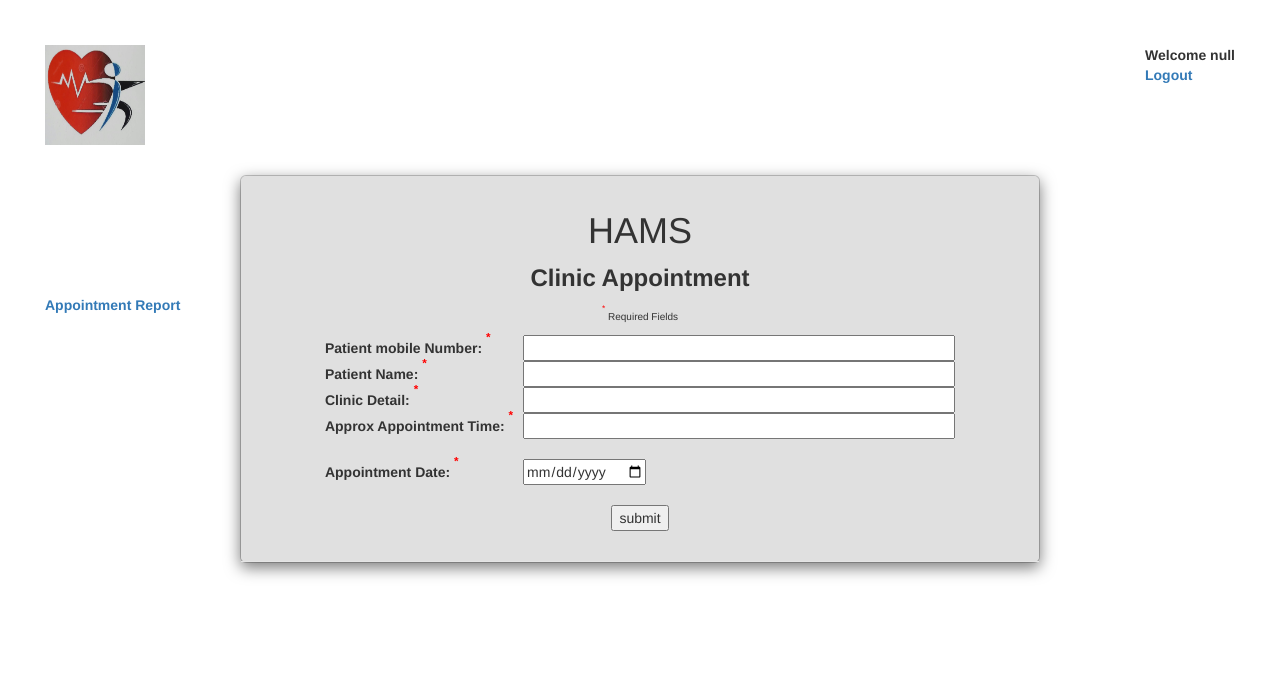
Repository: shiveshk/PullData
Page: http://localhost/Hams/edit.jsp
These files come from the project's save history. The page is drawn as it stood at one moment and after the next save; the edit follows.
The browser window is 1280 px wide. The pictures show the whole page.
The page is served by Tomcat 9. Other server files are loaded and not shown.

Above is the page before, as saved 2015-12-02 08:59:36.
Console error (its wording comes from the project's code and is left out).

### Hams/WebContent/edit.jsp
<?xml version="1.0" encoding="ISO-8859-1" ?>

<%@ page language="java" contentType="text/html; charset=ISO-8859-1" pageEncoding="ISO-8859-1"%>
<!DOCTYPE html>
<html xmlns="http://www.w3.org/1999/xhtml">
<head>
  <link rel="stylesheet" href="http://maxcdn.bootstrapcdn.com/bootstrap/3.3.5/css/bootstrap.min.css">
  <script src="http://maxcdn.bootstrapcdn.com/bootstrap/3.3.5/js/bootstrap.min.js"></script>
  <script src="validation.js"></script>

<link rel="stylesheet" type="text/css" href="hams.css">
<meta http-equiv="Content-Type" content="text/html; charset=ISO-8859-1" />
<title>hams</title>
<script>
  function redirect(elem){
	     elem.setAttribute("action","generateReport.jsp");
	     elem.submit();
	}
</script>


</head>



<body bgcolor='#E6E6FA'>
<div style=" margin-top: 45px; margin-right:45px"><b>
      <span style="float:right">
      	<%
			String username = (String)request.getSession().getAttribute("name");
			out.println("Welcome "+username);
		%><br />
		<a href="LogoutServlet">Logout</a>
      </span>
</b></div>
<img src = "images/HAMSLogo.jpg" alt="hamslogo" id="img1" style=" margin-left: 45px; "/>

<div style="margin-left: 45px; margin-top: 150px; position: absolute;  "><b>
	 <a href="generateReport.jsp" onsubmit=" redirect(this);">Appointment Report</a></b>
</div>

<div class="container" >

<center>
<div id="login-overlay" class="modal-dialog" style="width:800px;">
     <div class="modal-content" >
          <div class="modal-header" >

<h1>HAMS</h1>
	<p><b><font size=5>Clinic Appointment</font></b></p>
	<p><font size=1><sup>*</sup> Required Fields</font></p>

<form name="myForm" action="AppointmentServlet" method="post" onsubmit="return validate()">
	<div class="form-group">
<table >

	<tr class="row1">
	 	 <td><b>Patient mobile Number: <sup>*</sup></b> </td>
	 	 <td><input type="text" id="patient_mobile_number" name="patient_mobile_number" value="${sessionScope.patient_mobile_number}" size=50 maxlength=20 /></td>
	</tr>

	<tr class="row2">
		<td><b>Patient Name: <sup>*</sup></b></td>
		<td><input type="text" id="patient_name" name="patient_name" value="${sessionScope.patient_name}" size=50 maxlength=5000 /> </td>
	</tr>

	<tr class="row3">
	 	<td><b>Clinic Detail: <sup>*</sup></b> </td>
	 	<td><input type="text" id="clinic_detail" name="clinic_detail" value="${sessionScope.clinic_detail}" size=50 maxlength=5000  /></td>
	 </tr>

	<tr class="row4">
		<td style="padding-right: 10px"><b>Approx Appointment Time: <sup>*</sup></b></td>
		<td><input type="text" id="time" name="time" value="${sessionScope.time}" size=50 maxlength=5000 /> </td>
	</tr>

	<tr class="row5">
	 	<td style="padding-right: 10px"><b>Appointment Date: <sup>*</sup></b> </td>
	 	<td><input type="date" name="appointment_date" required value="${sessionScope.appointment_date} "></td>
	 </tr>

</table>

<input type="submit" name="submit" value="submit" style="margin-top: 20px;  "/>
</div>
</form>
		</div>
	</div>
</div>
</center>
</div>




</body>

</html>

### Hams/WebContent/validation.js
function validate()
{
   var w=document.forms["myForm"]["patient_name"].value;
   var x=document.forms["myForm"]["clinic_detail"].value;
   //var y=document.forms["myForm"]["token_no"].value;
   var z=document.forms["myForm"]["time"].value;
   if (w.trim().length<=0) // check length of your name field
   {
      alert("Patient Name must be filled out");
      return false;
   }
   if (x.trim().length<=0) // check length of your name field
   {
      alert("clinic detail must be filled out");
      return false;
   }
   if (z.trim().length<=0) // check length of your name field
   {
      alert("Appointment time Name must be filled out");
      return false;
   }

   //contact number validation
   var mobile_no = document.forms["myForm"]["patient_mobile_number"].value;
   if (/^\d{10}$/.test(mobile_no)) {
       // value is ok, use it
   } else {
       alert("Invalid number; must be ten digits")
       number.focus()
       return false
   }

   //time validation
   var strval = document.forms["myForm"]["time"].value;

   var strval1;

   //minimum lenght is 6. example 1:2 AM
   if(strval.length < 6)
   {
    alert("Invalid time. Time format should be HH:MM AM/PM.");
    return false;
   }

   //Maximum length is 8. example 10:45 AM
   if(strval.lenght > 8)
   {
    alert("invalid time. Time format should be HH:MM AM/PM.");
    return false;
   }

   //Removing all space
   strval = trimAllSpace(strval);

   //Checking AM/PM
   if(strval.charAt(strval.length - 1) != "M" && strval.charAt(
       strval.length - 1) != "m")
   {
    alert("Invalid time. Time shoule be end with AM or PM.");
    return false;

   }
   else if(strval.charAt(strval.length - 2) != 'A' && strval.charAt(
       strval.length - 2) != 'a' && strval.charAt(
       strval.length - 2) != 'p' && strval.charAt(strval.length - 2) != 'P')
   {
    alert("Invalid time. Time shoule be end with AM or PM.");
    return false;

}
   }

### Hams/WebContent/hams.css
@CHARSET "ISO-8859-1";
<style>

 p {
  white-space: pre;
 }
sup {
    vertical-align: super;
    font-size: smaller;
    color : red;
}
#login-overlay {
	width:500px;

}
#img1 {
	align: center;
	margin: auto;
	width: 100px;
	bottom: 100px;
    height: 100px;
}

.relative {
    position: relative;
    left: 10px;
    border: 3px solid #73AD21;
}

#img2 {
	align: center;
	margin: auto;
	bottom: 100px;
    height: 300px;
    width: 1350px;
}

#img3 {
    float: right;
    margin: 20px 0px 100px 100px;
}



tr.row5 td {
    padding-top: 20px;
}


.modal-content {
    background-color: #E0E0E0 ;
}

</style>

After the next save:
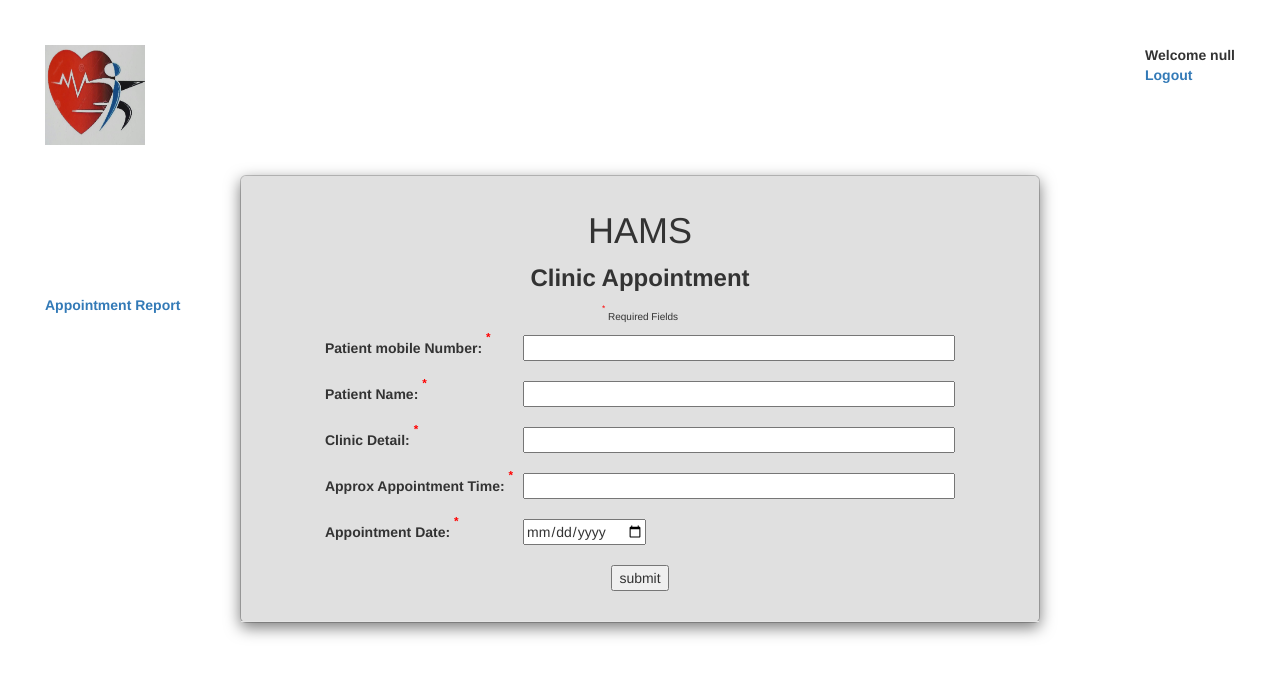
Saved 34 min 37 s later.
--- a/Hams/WebContent/hams.css
+++ b/Hams/WebContent/hams.css
@@ -40,7 +40,17 @@ sup {
     margin: 20px 0px 100px 100px;
 }
 
+tr.row2 td {
+    padding-top: 20px;
+}
 
+tr.row3 td {
+    padding-top: 20px;
+}
+
+tr.row4 td {
+    padding-top: 20px;
+}
 
 tr.row5 td {
     padding-top: 20px;
